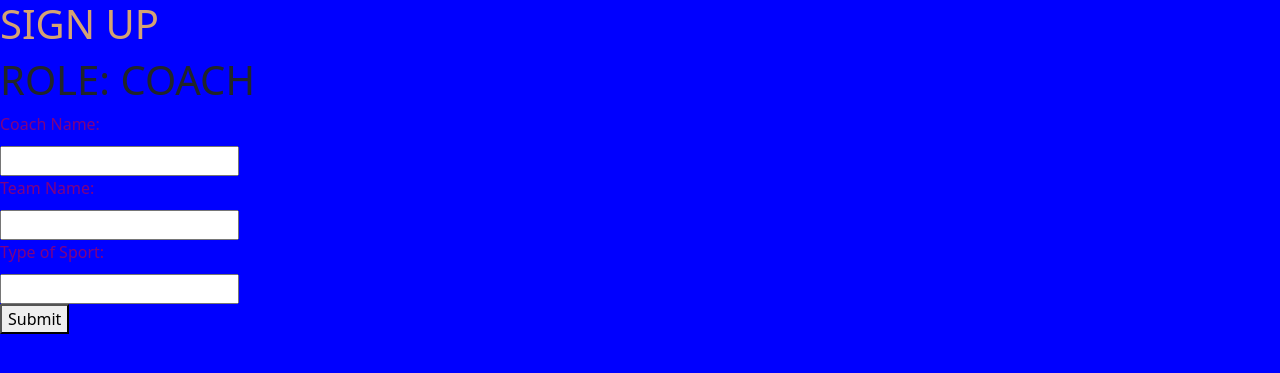
Repository: Aryaholmukhe/treasureHacks
Page: http://localhost/coach
An editor plug-in stored every save of this project. The page is shown before and after a run of saves, followed by the edit.
The browser window is 1280 px wide. The pictures show the whole page.
The page is served by the project's Node server (server.js).

Above is the page before, as saved 2022-03-26 19:34:46.
Console error: SyntaxError: Unexpected token '<'

After the next 2 saves:
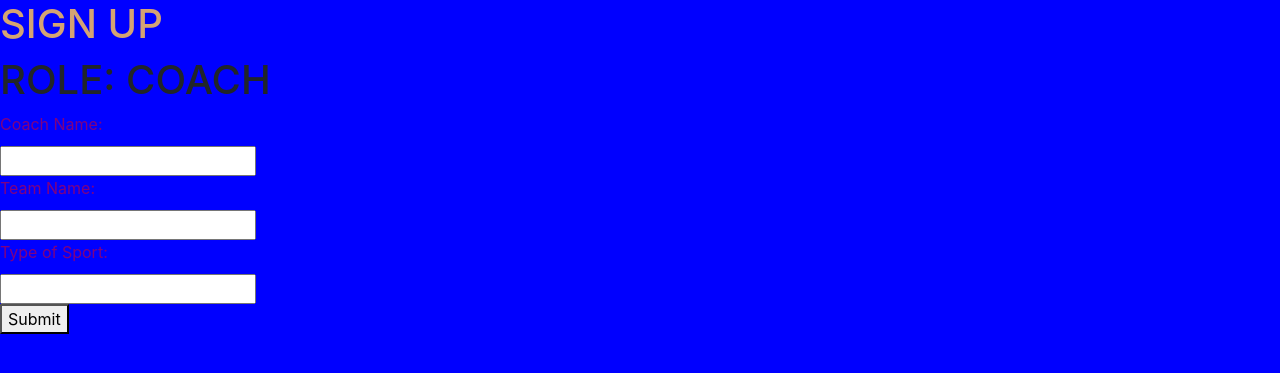
The 2 saves are shown as one change because they came seconds apart.
The last was saved 4 s later.
--- a/views/signup/coach.ejs
+++ b/views/signup/coach.ejs
@@ -4,9 +4,10 @@
     <meta charset="UTF-8">
     <meta http-equiv="X-UA-Compatible" content="IE=edge">
     <meta name="viewport" content="width=device-width, initial-scale=1.0">
-
-    <link href="https://cdn.jsdelivr.net/npm/bootstrap@5.1.3/dist/css/bootstrap.min.css" rel="stylesheet">
-    <script src="https://cdn.jsdelivr.net/npm/bootstrap@5.1.3/dist/js/bootstrap.bundle.min.js"></script>
+    <link rel="stylesheet" href="https://cdn.jsdelivr.net/npm/bootstrap@4.6.1/dist/css/bootstrap.min.css">
+    <script src="https://cdn.jsdelivr.net/npm/jquery@3.6.0/dist/jquery.slim.min.js"></script>
+    <script src="https://cdn.jsdelivr.net/npm/popper.js@1.16.1/dist/umd/popper.min.js"></script>
+    <script src="https://cdn.jsdelivr.net/npm/bootstrap@4.6.1/dist/js/bootstrap.bundle.min.js"></script>
     <link rel="stylesheet" href="../views/public/main.css">
 
     <title>COACH SIGN UP</title>
